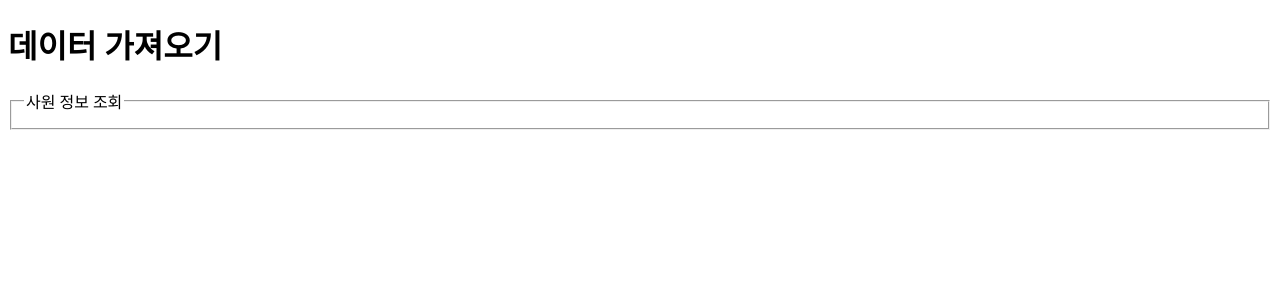
Repository: lafayetteey/WorkSpace
Page: workspace_jq_Ajax/UI_JQ_Ajax/WebContent/jq21_ajax.html
These files come from the project's save history. The page is drawn as it stood at one moment and after the next save; the edit follows.
The browser window is 1280 px wide. The pictures show the whole page.

Above is the page before, as saved 2020-06-22 08:08:08.

### workspace_jq_Ajax/UI_JQ_Ajax/WebContent/jq21_ajax.html
<!DOCTYPE html>
<html>
<head>
<meta charset="UTF-8">
<title>Insert title here</title>
</head>
<body>
	<h1>데이터 가져오기</h1>

	<fieldset>
		<legend>	사원 정보 조회 </legend>
	</fieldset>
</body>
</html>

After the next save:
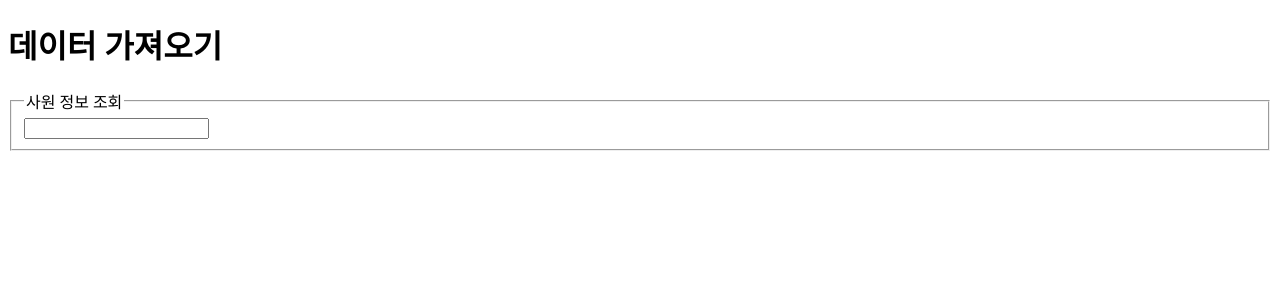
Saved 59 s later.
--- a/workspace_jq_Ajax/UI_JQ_Ajax/WebContent/jq21_ajax.html
+++ b/workspace_jq_Ajax/UI_JQ_Ajax/WebContent/jq21_ajax.html
@@ -9,6 +9,8 @@
 
 	<fieldset>
 		<legend>	사원 정보 조회 </legend>
+		<input type="text" name="empid">
+		<inout type="button"  id="emp_search" value="search">
 	</fieldset>
 </body>
 </html>
